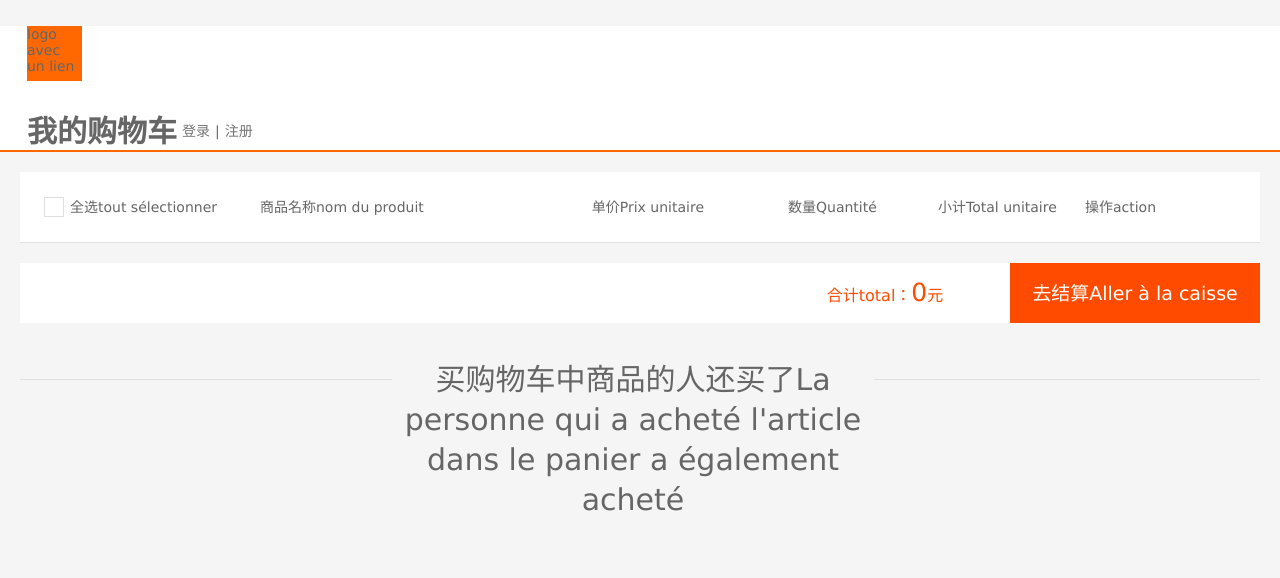
Repository: clairedupuich/excercice
Page: javaScript/banier d'achat/购物车.html
These files come from the project's save history. The page is drawn as it stood at one moment and after the next save; the edit follows.
The browser window is 1280 px wide. The pictures show the whole page.

Above is the page before, as saved 2020-10-12 16:10:12.
Console error: SyntaxError: Unexpected end of input

### javaScript/banier d'achat/购物车.html
<!DOCTYPE html>
<html lang="en">

<head>
    <meta charset="UTF-8">
    <meta name="viewport" content="width=device-width, initial-scale=1.0">
    <title>panier d'achat</title>
    <link rel="stylesheet" href="购物车.css">
</head>

<body>
    <div class="header">
        <div class="container">
            <div class="header-logo">
                <a class="logo ir" href="" title="supermarche de claire">logo avec un lien</a>
            </div>
            <div class="header-title" id="J_miniHeaderTitle">
                <h2 style="font-size: 30px;">我的购物车</h2>
            </div>
            <div class="topbar-info" id="J_userInfo">
                <a class="link" href="http://www.weichufeng.cn/login.jsp">登录</a><span class="sep">|</span><a class="link" href="http://www.weichufeng.cn/regist.jsp">注册</a></div>
        </div>
    </div>
    <!--购物车打开页-->
    <div id="car" class="car">

        <div class="head_row hid">
            <div class="check left"> <i onclick="checkAll()">√</i></div>
            <div class="img left"> 全选tout sélectionner</div>
            <div class="name left">商品名称nom du produit</div>
            <div class="price left">单价Prix ​​unitaire</div>
            <div class="number left">数量Quantité</div>
            <div class="subtotal left">小计Total unitaire</div>
            <div class="ctrl left">操作action</div>
        </div>

    </div>
    <!--结算区域-->
    <div id="sum_area">
        <div id="pay">去结算Aller à la caisse</div>
        <div id="pay_amout">合计total：<span id="price_num">0</span>元</div>
    </div>

    <!--推广广告区域-->
    <div id="box">
        <h2 class="box_head"><span>买购物车中商品的人还买了La personne qui
            a acheté l'article dans le panier a également acheté</span></h2>

        <ul>
        </ul>
    </div>


    <script src="购物车.js"></script>
</body>

</html>

### javaScript/banier d'achat/购物车.css
* {
    margin: 0;
    padding: 0;
    font-family: Verdana, Geneva, Tahoma, sans-serif;
    list-style: none;
    color: #666;
    text-decoration: none;
    font-size: 14px;
}

body {
    background: #f5f5f5;
    height: 100%;
}

.header {
    padding-bottom: 2em;
    font-size: 12px;
    border-bottom: 2px solid #ff6700;
    background: #fff;
    color: #b0b0b0;
    position: relative;
    z-index: 20;
    height: 100px;
}

.header .container {
    position: relative;
    width: 1226px;
    margin-right: auto;
    margin-left: auto;
}

.header .container .header-logo {
    width: 93px;
    margin-top: 26px;
}

.logo {
    width: 48px;
    height: 48px;
    position: relative;
    display: block;
    width: 55px;
    height: 55px;
    overflow: hidden;
    background-color: #ff6700;
}

.header-title {
    float: left;
    margin-top: 26px;
    font-size: 12px;
}

.topbar-info {
    margin-top: 30px;
    line-height: 40px;
}

.link {
    padding: 0 5px;
    color: #757575;
    text-decoration: none;
}

.hid {
    overflow: hidden;
}

.left {
    float: left;
}

.box_head {
    position: relative;
    margin: 0;
    height: 50px;
    font-size: 30px;
    font-weight: 400;
    color: #757575;
    border-top: 1px solid #e0e0e0;
}

.box_head span {
    position: absolute;
    top: -20px;
    left: 372px;
    height: 40px;
    width: 482px;
    line-height: 40px;
    text-align: center;
    display: block;
    background-color: #f5f5f5;
    font-size: 30px;
}

#box {
    width: 1240px;
    margin: 4em auto;
}

#box ul {
    margin-right: -14px;
    overflow: hidden;
}

#box li {
    width: 234px;
    float: left;
    margin-right: 14px;
    padding: 24px 0 20px;
    background: #FFF;
    text-align: center;
    position: relative;
    cursor: pointer;
    margin-bottom: 14px;
}

.pro_img {
    width: 150px;
    height: 150px;
    margin: 0 auto 18px;
}

.pro_name {
    display: block;
    text-overflow: ellipsis;
    white-space: nowrap;
    overflow: hidden;
    font-weight: 400;
}

.pro_name a {
    color: #333;
}

.pro_price {
    color: #ff6700;
    margin: 10px;
}

.pro_rank {
    color: #757575;
    margin: 10px;
}

#box li:hover .add_btn {
    display: block;
}

#box li:hover .pro_rank {
    opacity: 0;
}

#box li .add_btn:hover {
    background-color: #f60;
    color: white;
}

.add_btn {
    height: 22px;
    position: absolute;
    width: 122px;
    bottom: 28px;
    left: 50%;
    margin-left: -61px;
    line-height: 22px;
    display: none;
    color: #F60;
    font-size: 12px;
    border: 1px solid #f60;
}

.car {
    width: 1240px;
    margin: 20px auto;
    background: #FFF;
}

.car .check {
    width: 50px;

}

.car .check i {
    color: #fff;
    display: inline-block;

    width: 18px;
    height: 18px;
    line-height: 18px;
    border: 1px solid #e0e0e0;
    margin-left: 24px;
    background-color: #fff;
    font-size: 16px;
    text-align: center;
    vertical-align: middle;
    position: relative;
    top: -1px;
    cursor: pointer;
    font-family: "iconfont";
}

.i_acity {

    border-color: #ff6700 !important;
    background-color: #ff6700 !important;
}

.car .img {
    width: 190px;
}

.car .img img {
    display: block;
    width: 80px;
    height: 80px;
    margin: 3px auto;
}

.car .name {
    width: 300px;
}

.car .name span {
    line-height: 1;
    margin-top: 8px;
    margin-bottom: 8px;
    font-size: 18px;
    font-weight: normal;
    text-overflow: ellipsis;
    white-space: nowrap;
    overflow: hidden;
}

.car .price {
    width: 144px;
    text-align: right;
    padding-right: 84px;
}

.car .price span {
    color: #ff6700;
    font-size: 16px;
}

.car .number {
    width: 150px;
}

.car .subtotal {
    width: 130px;

}

.car .ctrl {
    width: 105px;
    padding-right: 25px;
    text-align: center;
}

.car .ctrl a {
    font-size: 20px;
    cursor: pointer;
    display: block;
    width: 26px;
    height: 26px;
    margin: 30px auto;
    line-height: 26px;
}

.car .ctrl a:hover {
    color: #FFF;
    background: #ff6700;
    border-radius: 50%;
}

.head_row {
    height: 70px;
    line-height: 70px;
}

.head_row,
.row {
    border-bottom: solid 1px #e0e0e0;
}

.row {
    height: 86px;
    line-height: 86px;
    padding: 15px 0;
    margin: 0px;
}

#sum_area {
    width: 1240px;
    height: 60px;
    background: white;
    margin: 20px auto;
}

#sum_area #pay {
    width: 250px;
    height: 60px;
    text-align: center;
    float: right;
    line-height: 60px;
    font-size: 19px;
    background: #FF4B00;
    color: white;
}

#sum_area #pay_amout {
    width: 250px;
    height: 60px;
    text-align: center;
    float: right;
    line-height: 60px;
    font-size: 16px;
    color: #FF4B00;
}

#sum_area #pay_amout #price_num {
    width: 100px;
    height: 60px;
    font-size: 25px;
    color: #FF4B00;
    /*  float: left;*/
}

.item_count_i {
    height: 85px;
    width: 10%;
    /*border: 1px solid black;*/
    float: left;
    margin-right: 25px;
}

.num_count {
    width: 150px;
    height: 40px;
    border: 1.2px solid #E0E0E0;
    float: right;
    margin-top: 21px;

}

.count_i {
    width: 30%;
    height: 40px;
    line-height: 40px;
    float: left;
    text-align: center;
    font-size: 21px;
    color: #747474;
}

.count_i:hover {
    width: 30%;
    height: 40px;
    line-height: 40px;
    float: left;
    text-align: center;
    font-size: 21px;
    color: #747474;
    background: #E0E0E0;
    cursor: pointer;
}

.c_num {
    width: 40%;
    height: 40px;
    line-height: 40px;
    float: left;
    text-align: center;
    font-size: 16px;
    color: #747474;
}

.count_d {
    width: 30%;
    height: 40px;
    line-height: 40px;
    float: left;
    text-align: center;
    font-size: 25px;
    color: #747474;
}

.count_d:hover {
    width: 30%;
    height: 40px;
    line-height: 40px;
    float: left;
    text-align: center;
    font-size: 25px;
    color: #747474;
    background: #E0E0E0;
    cursor: pointer;
}

.i_acity2 {
    border-color: #ff6700 !important;
    background-color: #ff6700 !important;
}

### javaScript/banier d'achat/购物车.js
/* 一、基本功能
添加商品到购物车
移出购物车中的商品
选中某个商品，动态更新结算价格
商品数量的增加与减少
全选、反选，动态更新结算价格
 */

window.onload = function() {
    var aData = [{
            "imgUrl": "img/03-car-01.png",
            "proName": " 小米手环4 NFC版 ",
            "proPrice": "229",
            "proComm": "1"
        },
        {
            "imgUrl": "img/03-car-02.png",
            "proName": " Redmi AirDots真无线蓝牙耳机 ",
            "proPrice": "99.9",
            "proComm": "9.7"
        },
        {
            "imgUrl": "img/03-car-03.png",
            "proName": " 米家蓝牙温湿度计 ",
            "proPrice": "65",
            "proComm": "1.3"
        },
        {
            "imgUrl": "img/03-car-04.png",
            "proName": " 小米小爱智能闹钟 ",
            "proPrice": "149",
            "proComm": "1.1"
        },
        {
            "imgUrl": "img/03-car-05.png",
            "proName": "米家电子温湿度计Pro  ",
            "proPrice": "750",
            "proComm": "0.3"
        },
        {
            "imgUrl": "img/03-car-06.png",
            "proName": " 小米手环3 NFC版 Pro  ",
            "proPrice": "199",
            "proComm": "3.3"
        },
        {
            "imgUrl": "img/03-car-07.png",
            "proName": " 小米手环3 / 4 通用腕带",
            "proPrice": "19.9",
            "proComm": "1.2"
        },
        {
            "imgUrl": "img/03-car-08.png",
            "proName": "  米家温湿度传感器 ",
            "proPrice": "45",
            "proComm": "0.6"
        },
        {
            "imgUrl": "img/03-car-09.png",
            "proName": "  米家电子温湿度计Pro 3个装  ",
            "proPrice": "207",
            "proComm": "0.3"
        },
        {
            "imgUrl": "img/03-car-10.png",
            "proName": " 小米手环3 ",
            "proPrice": "199",
            "proComm": "7.2"
        }
    ];
    var oBox = document.getElementById("box");//商品列表所在的div
    var oUl = document.getElementsByTagName("ul")[0];//商品列表所在的ul
    //遍历所有商品
    for (var i = 0; i < aData.length; i++) {
        var oLi = document.createElement("li");
        var data = aData[i];
        oLi.innerHTML += '<div class="pro_img"><img src="' + data["imgUrl"] + '" width="150" height="150"></div>';
        oLi.innerHTML += '<h3 class="pro_name"><a href="#">' + data["proName"] + '</a></h3>';
        oLi.innerHTML += '<p class="pro_price">' + data["proPrice"] + '元</p>';
        oLi.innerHTML += '<p class="pro_rank">' + data["proComm"] + '万人好评</p>';
        oLi.innerHTML += '<div class="add_btn">加入购物车</div>';
        oUl.appendChild(oLi);

    }

After the next save:
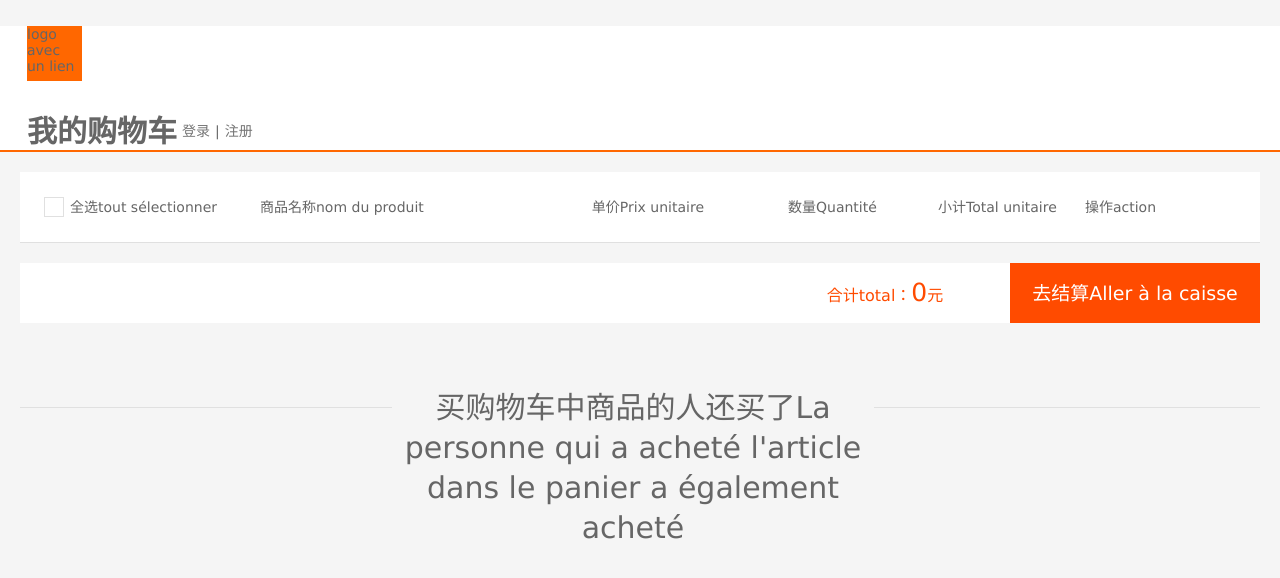
Saved 36 s later.
--- a/javaScript/banier d'achat/购物车.css
+++ b/javaScript/banier d'achat/购物车.css
@@ -97,7 +97,7 @@
 
 #box {
     width: 1240px;
-    margin: 4em auto;
+    margin: 6em auto;
 }
 
 #box ul {
